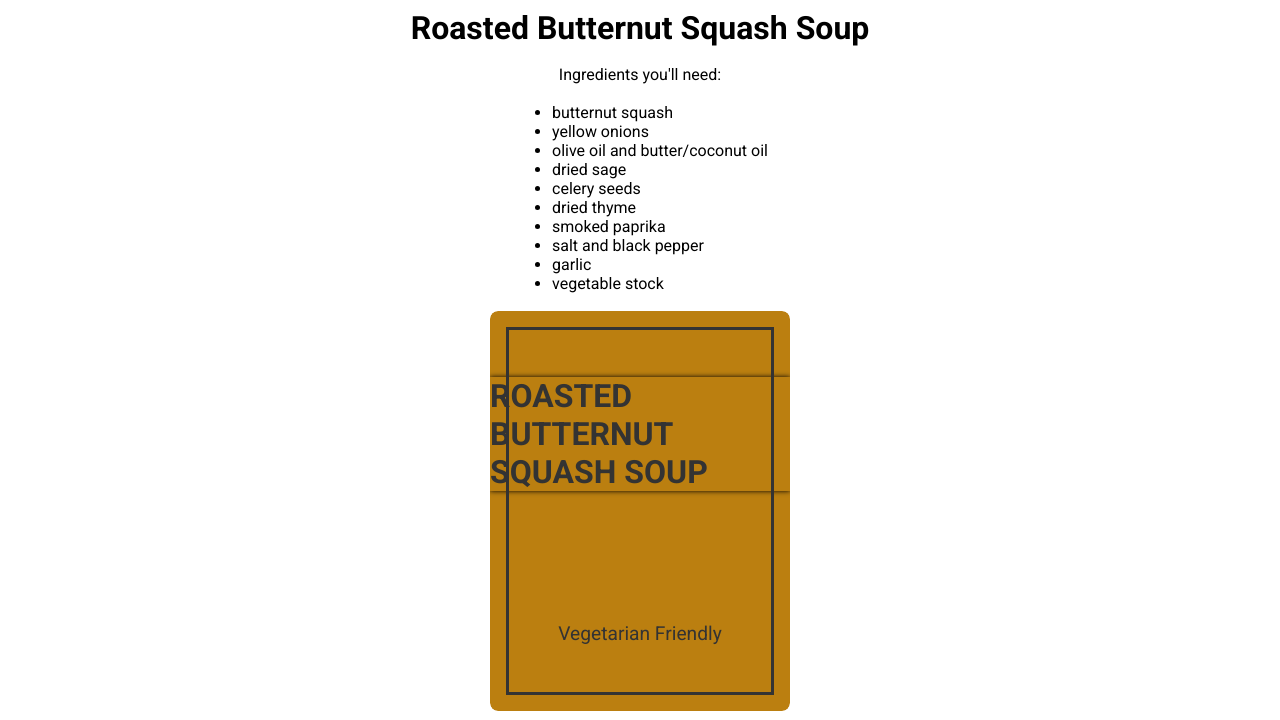
Repository: IDMX225/css-card-flip-LyssaMA
Page: src/index.html
An editor plug-in stored every save of this project. The page is shown before and after the next save, followed by the edit.
The browser window is 1280 px wide. The pictures show the whole page.
The style sheet was rebuilt from its Sass, Less or Tailwind sources for each picture, by a compiler version that may differ from the author's.

Above is the page before, as saved 2024-11-12 19:30:28.
Not found: src/js/index.js

### src/index.html
<!DOCTYPE html>
<html lang="en">

<head>
  <meta charset="UTF-8">
  <meta name="viewport" content="width=device-width, initial-scale=1.0">
  <meta name="description" content="A modern CSS page">
  <meta name="generator" content="Eleventy v1.2">
  <title>Recipe</title>
  <link rel="shortcut icon" href="images/squash.png" type="image/png">
  <link rel="stylesheet" href="css/main.css">
</head>

<body>
  <h1>Roasted Butternut Squash Soup</h1>
  <p>Ingredients you'll need:</p>
  <!-- Unordered List for Ingredients -->
  <ul>
    <li>butternut squash</li>
    <li>yellow onions</li>
    <li>olive oil and butter/coconut oil</li>
    <li>dried sage</li>
    <li>celery seeds</li>
    <li>dried thyme</li>
    <li>smoked paprika</li>
    <li>salt and black pepper</li>
    <li>garlic</li>
    <li>vegetable stock</li>
  </ul>

  <div class="card">
    <div class="card__content">
      <div class="card__front">
        <h3 class="card__title">Roasted Butternut Squash Soup</h3>
        <p class="card__subtitle">Vegetarian Friendly</p>
      </div>

      <div class="card__back">
        <p class="card__body">To roast the squash, simply place the seasoned squash onto two large baking sheets lined
          with aluminum foil for easy cleanup. Roast in the oven for 45 minutes at 400°F.
          There's no need to flip over the squash halfway through roasting. Just let it go for 45 minutes and that's it!
          Enjoy!</p>
      </div>
    </div>
  </div>

  <script src="js/index.js"></script>
</body>

</html>

### src/sass/main.scss

/* Import Google Fonts */
@import url('https://fonts.googleapis.com/css2?family=Roboto:wght@400;700&display=swap');

:root {
  --level-three: translateZ(9rem);
  --fw-normal: 400;
  --fw-bold: 700;
  --clr: #bb7f10;
  --clr-dark: #053d21;
  --font-family: 'Roboto', sans-serif;
}

*,
*::before,
*::after {
  box-sizing: border-box;
  margin: 0;
}

body {
  font-family: var(--font-family);
  height: 100vh;
  display: grid;
  place-items: center;
}

.card {
  width: 300px;
  height: 400px;
  perspective: 1000px;
  border-radius: 8px;
  overflow: hidden;
}

.card__content {
  position: relative;
  width: 100%;
  height: 100%;
  transform-style: preserve-3d;
  transition: transform 0.6s;
}

.card:hover .card__content {
  transform: rotateY(180deg);
}

.card__front,
.card__back {
  position: absolute;
  top: 0;
  left: 0;
  right: 0;
  bottom: 0;
  backface-visibility: hidden;
  display: grid;
  justify-items: center;
  align-items: center;
  border-radius: 8px;
}

.card__front {
  background-color: var(--clr);
  color: #333;
}

.card__front::before {
  content: '';
  position: absolute;
  top: 1em;
  bottom: 1em;
  left: 1em;
  right: 1em;
  border: 3px solid currentColor;
}

.card__title {
  font-family: var(--font-family);
  font-size: 2rem;
  font-weight: var(--fw-bold);
  text-transform: uppercase;
  color: #333;
  box-shadow: 0 0 5px black;
}

.card__subtitle {
  font-family: var(--font-family);
  font-size: 1.2rem;
  font-weight: var(--fw-normal);
}

.card__back {
  background: var(--clr-dark);
  color: #fff;
  transform: rotateY(180deg);
}

.card__body {
  font-family: var(--font-family);
  font-size: 1rem;
  line-height: 1.5;
  padding: 1em;
  text-align: center;
}

After the next save:
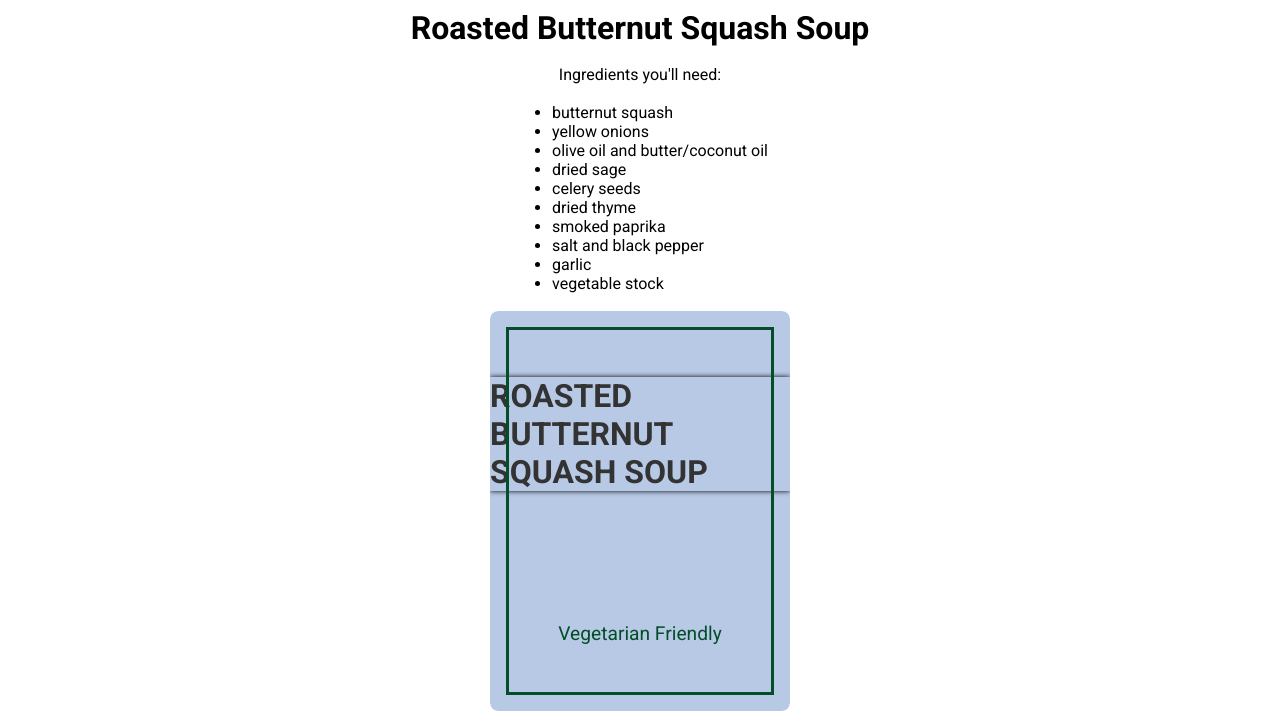
Saved 79 s later.
--- a/src/sass/main.scss
+++ b/src/sass/main.scss
@@ -6,8 +6,8 @@
   --level-three: translateZ(9rem);
   --fw-normal: 400;
   --fw-bold: 700;
-  --clr: #bb7f10;
-  --clr-dark: #053d21;
+  --clr: #b7c9e5;
+  --clr-dark: #333;
   --font-family: 'Roboto', sans-serif;
 }
 
@@ -61,7 +61,7 @@ body {
 
 .card__front {
   background-color: var(--clr);
-  color: #333;
+  color: #034d28;
 }
 
 .card__front::before {
